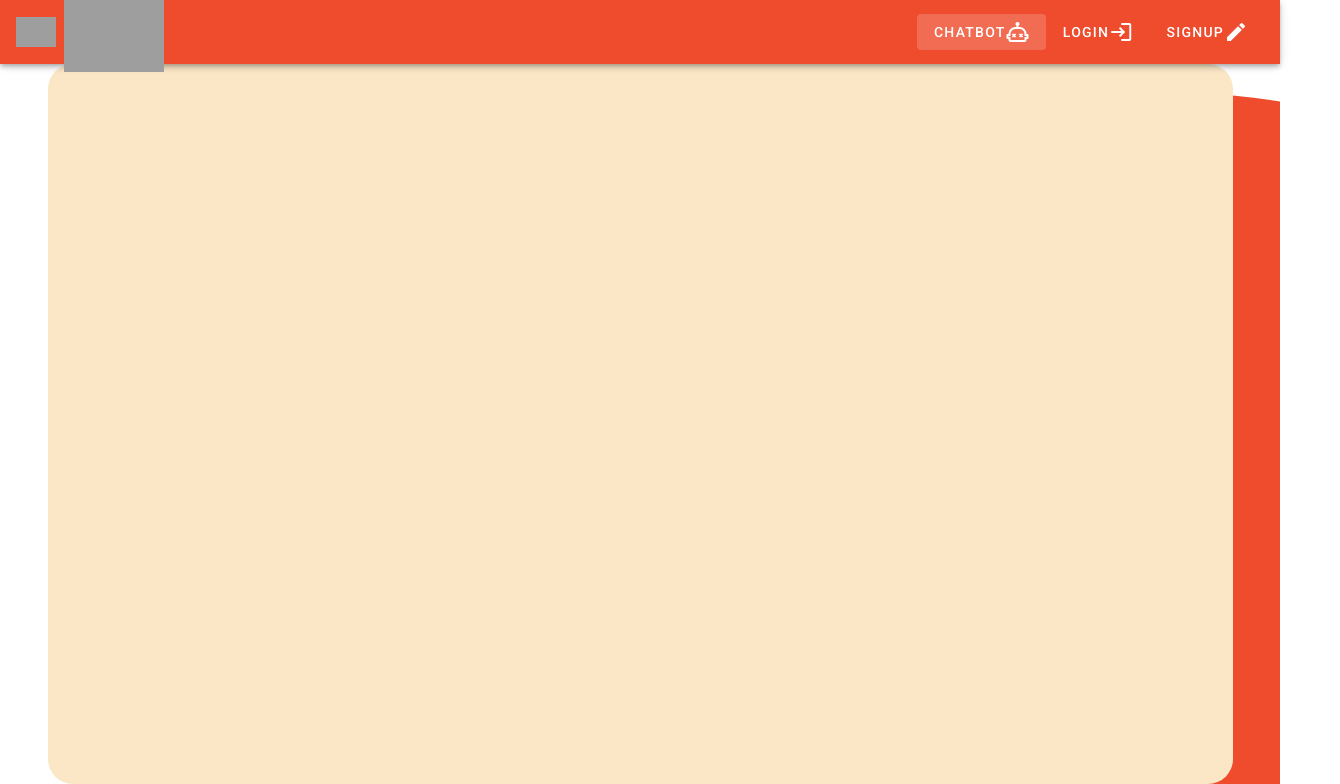
Repository: atout811/pyTorch-Hackathon
Page: /chatbot (app in frontend/)
These files come from the project's save history. The page is drawn as it stood at one moment and after the next save; the edit follows.
The browser window is 1280 px wide. The page is 1280 px wide, then 1340 px, so the pictures cover 1340 px, including what lies to the right of the window. The pictures show the whole page.
Pictures or frames that could not be fetched are drawn as grey boxes. The project was rebuilt for these pictures with package versions that can differ from the ones it lists, and the page was loaded fresh each time. Also part of the build but not shown: frontend/vue.config.js, frontend/src/views/Home.vue.

Above is the page before, as saved 2021-10-21 14:53:44.

### frontend/src/main.js
import Vue from 'vue'
import App from './App.vue'
import './registerServiceWorker'
import router from './router'
import store from './store'
import vuetify from './plugins/vuetify'
import instance from './plugins/axios'

Vue.config.productionTip = false
Vue.prototype.$axios = instance;

new Vue({
  router,
  store,
  vuetify,
  render: function (h) { return h(App) }
}).$mount('#app')

### frontend/src/App.vue
<template>
  <v-app>
    <v-app-bar app color="primary" dark>
      <div class="d-flex align-center">
        <v-img
          alt="Vuetify Logo"
          class="shrink mr-2"
          contain
          src="https://cdn.vuetifyjs.com/images/logos/vuetify-logo-dark.png"
          transition="scale-transition"
          width="40"
        />

        <v-img
          alt="Vuetify Name"
          class="shrink mt-1 hidden-sm-and-down"
          contain
          min-width="100"
          src="https://cdn.vuetifyjs.com/images/logos/vuetify-name-dark.png"
          width="100"
        />
      </div>

      <v-spacer></v-spacer>
      <v-btn to="/chatbot" text>
        <v-text>Chatbot</v-text>
        <v-icon>mdi-robot-dead-outline</v-icon>
      </v-btn>
      <v-btn to="/login" text>
        <v-text>Login</v-text>
        <v-icon>mdi-login</v-icon>
      </v-btn>
      <v-btn to="/signup" text>
        <v-text>Signup</v-text>
        <v-icon>mdi-pencil</v-icon>
      </v-btn>
    </v-app-bar>

    <v-main class="bubble">
      <router-view />
    </v-main>
  </v-app>
</template>

<script>
export default {
  name: "App",

  data: () => ({
    //
  }),
};
</script>
<style>
.bubble::before {
  background-color: var(--v-primary-base);
  clip-path: circle(80% at 90% 120%);
  width: 100%;
  height: 100%;
  content: "";
  position: absolute;
  box-sizing: none;
  top: 0;
  left: 0;
}
</style>

### frontend/src/router/index.js
import Vue from "vue";
import VueRouter from "vue-router";
import Home from "../views/Home.vue";

Vue.use(VueRouter);

const routes = [
  {
    path: "/",
    name: "Home",
    component: Home,
  },
  {
    path: "/about",
    name: "About",
    // route level code-splitting
    // this generates a separate chunk (about.[hash].js) for this route
    // which is lazy-loaded when the route is visited.
    component: function() {
      return import(/* webpackChunkName: "about" */ "../views/About.vue");
    },
  },
  {
    path: "/login",
    name: "Login",
    // route level code-splitting
    // this generates a separate chunk (Login.[hash].js) for this route
    // which is lazy-loaded when the route is visited.
    component: function() {
      return import(/* webpackChunkName: "Login" */ "../views/Login.vue");
    },
  },
  {
    path: "/signup",
    name: "Signup",
    // route level code-splitting
    // this generates a separate chunk (Signup.[hash].js) for this route
    // which is lazy-loaded when the route is visited.
    component: function() {
      return import(/* webpackChunkName: "Signup" */ "../views/Signup.vue");
    },
  },
  {
    path: "/chatbot",
    name: "chatbot",
    // route level code-splitting
    // this generates a separate chunk (Signup.[hash].js) for this route
    // which is lazy-loaded when the route is visited.
    component: function() {
      return import(/* webpackChunkName: "Signup" */ "../views/Chatbot.vue");
    },
  },
];

const router = new VueRouter({
  mode: "history",
  base: process.env.BASE_URL,
  routes,
});

export default router;

### frontend/src/plugins/vuetify.js
import Vue from 'vue';
import Vuetify from 'vuetify/lib/framework';

Vue.use(Vuetify);

export default new Vuetify({
    theme: {
        themes: {
            light: {
                primary: "#ee4c2c"
            }
        }, options: {
            customProperties: true
        },
    }
});

### frontend/src/plugins/axios.js
import axios from "axios";

const instance = axios.create({
    headers: {
        "Content-Type": "application/json"
    }
})

export default instance;

### frontend/src/views/Chatbot.vue
<template>
  <div class="container"></div>
</template>

<script>
export default {
  name: "chatbot",
  data() {
    return {
      chat: [],
    };
  },
};
</script>

<style>
.container {
  height: 100vh;
  width: 100vw;
  /* margin: 10px; */
  background-color: #fbe7c6;
  border-radius: 25px;
}
</style>

Loaded but not shown: frontend/public/index.html (common file); frontend/src/registerServiceWorker.js (common file); frontend/src/store/index.js (common file)

After the next save:
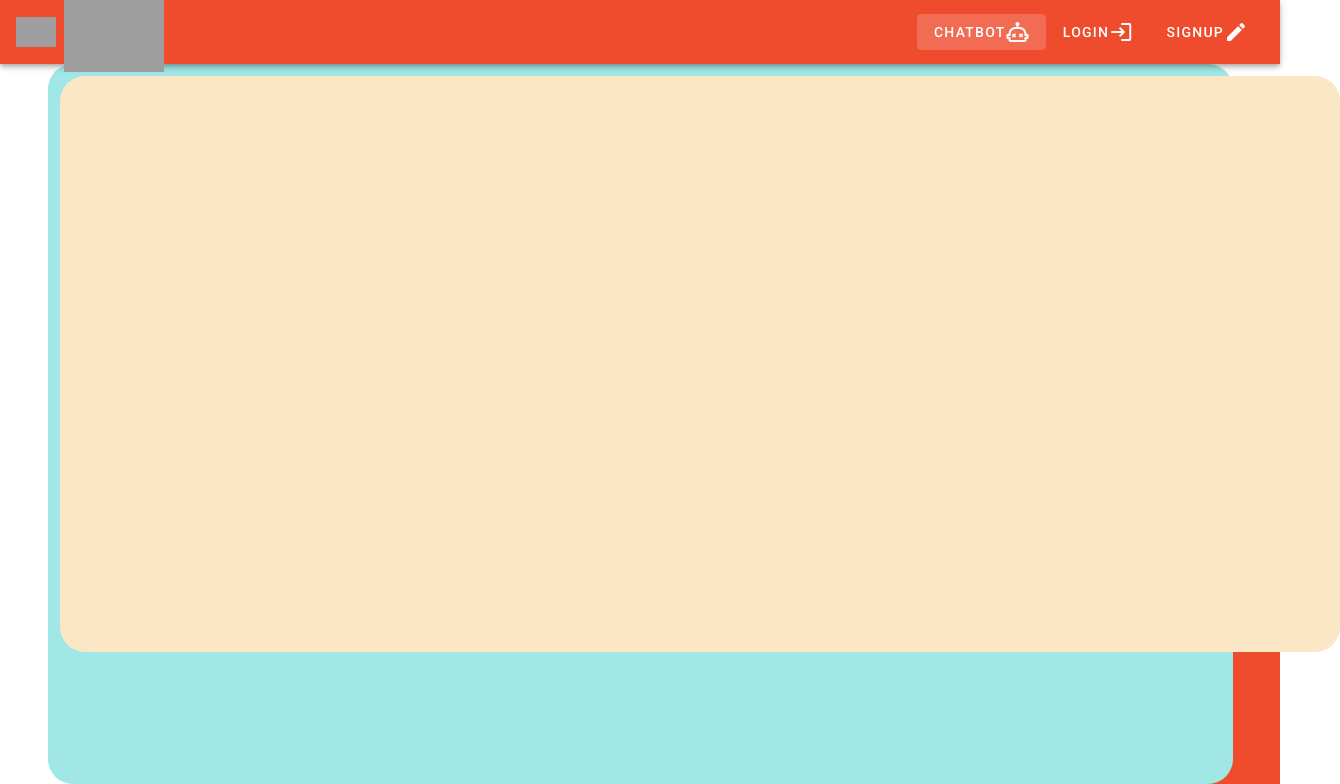
Saved 63 s later.
--- a/frontend/src/views/Chatbot.vue
+++ b/frontend/src/views/Chatbot.vue
@@ -1,5 +1,7 @@
 <template>
-  <div class="container"></div>
+  <div class="container">
+    <div class="chat-container"></div>
+  </div>
 </template>
 
 <script>
@@ -18,6 +20,13 @@ export default {
   height: 100vh;
   width: 100vw;
   /* margin: 10px; */
+  background-color: #a0e7e5;
+  border-radius: 25px;
+}
+.chat-container {
+  height: 80vh;
+  width: 100vw;
+  /* margin: 10px; */
   background-color: #fbe7c6;
   border-radius: 25px;
 }
